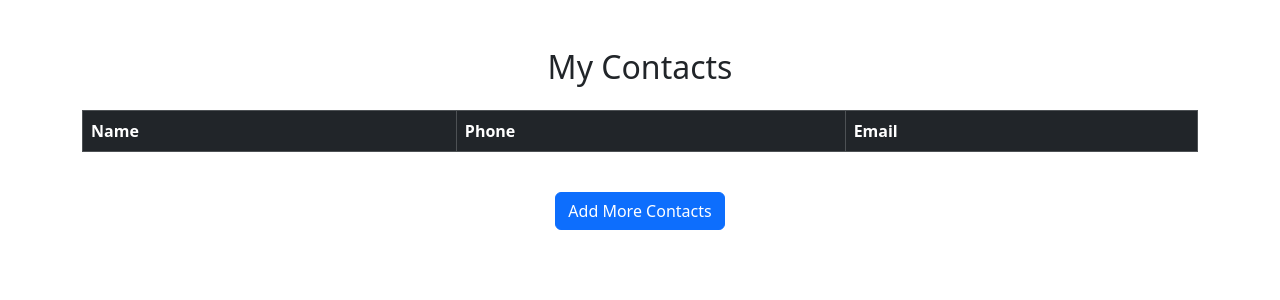
Repository: Slyadavkir/wipro-projects
Page: http://localhost/ContactManager/contacts.jsp
An editor plug-in stored every save of this project. The page is shown before and after the next save, followed by the edit.
The browser window is 1280 px wide. The pictures show the whole page.
The page is served by Tomcat 10.

Above is the page before, as saved 2026-05-10 10:50:25.

After the next save:
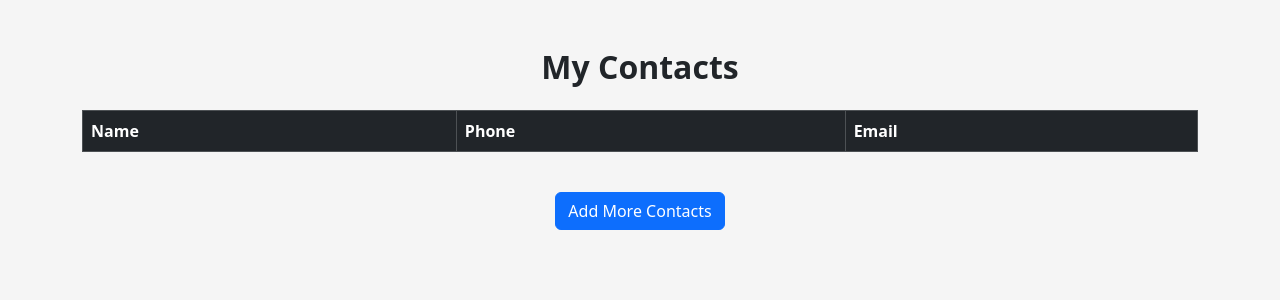
Saved 114 s later.
--- a/ContactManager/src/main/webapp/contacts.jsp
+++ b/ContactManager/src/main/webapp/contacts.jsp
@@ -9,6 +9,7 @@
 
     <link href="https://cdn.jsdelivr.net/npm/bootstrap@5.3.2/dist/css/bootstrap.min.css"
           rel="stylesheet">
+          <link rel="stylesheet" href="css/style.css">
 </head>
 <body>
 
